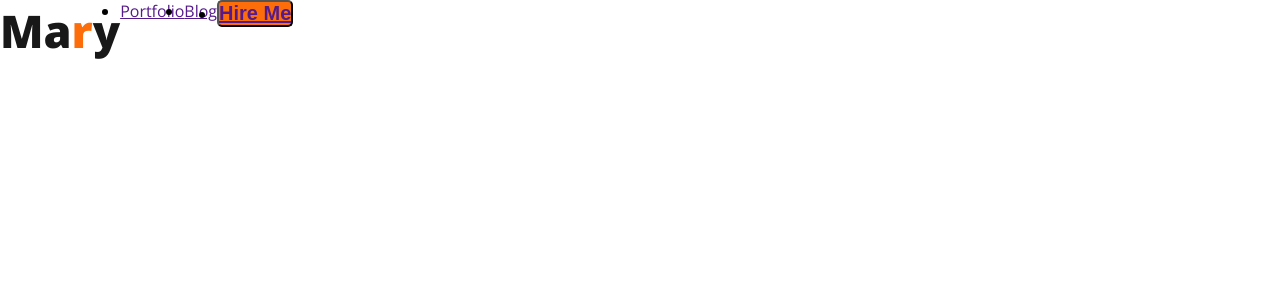
Repository: ShouravAhammed/Simple-Portfolio-Webpage
Page: index.html
An editor plug-in stored every save of this project. The page is shown before and after the next save, followed by the edit.
The browser window is 1280 px wide. The pictures show the whole page.

Above is the page before, as saved 2024-01-05 23:11:53.

After the next save:
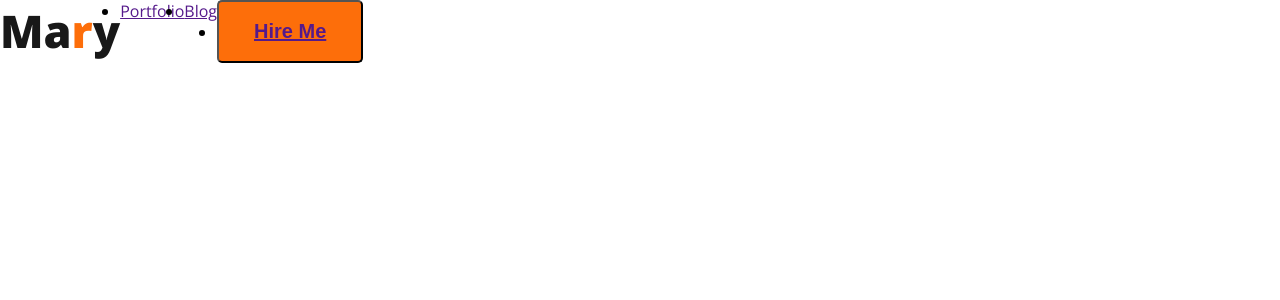
Saved 39 s later.
--- a/index.css
+++ b/index.css
@@ -18,6 +18,7 @@ body{
     color:  #FFF;
     font-size: 20px;
     font-weight: 700;
+    padding: 18px 35px;
 }
 /* nav related style */
 nav{
